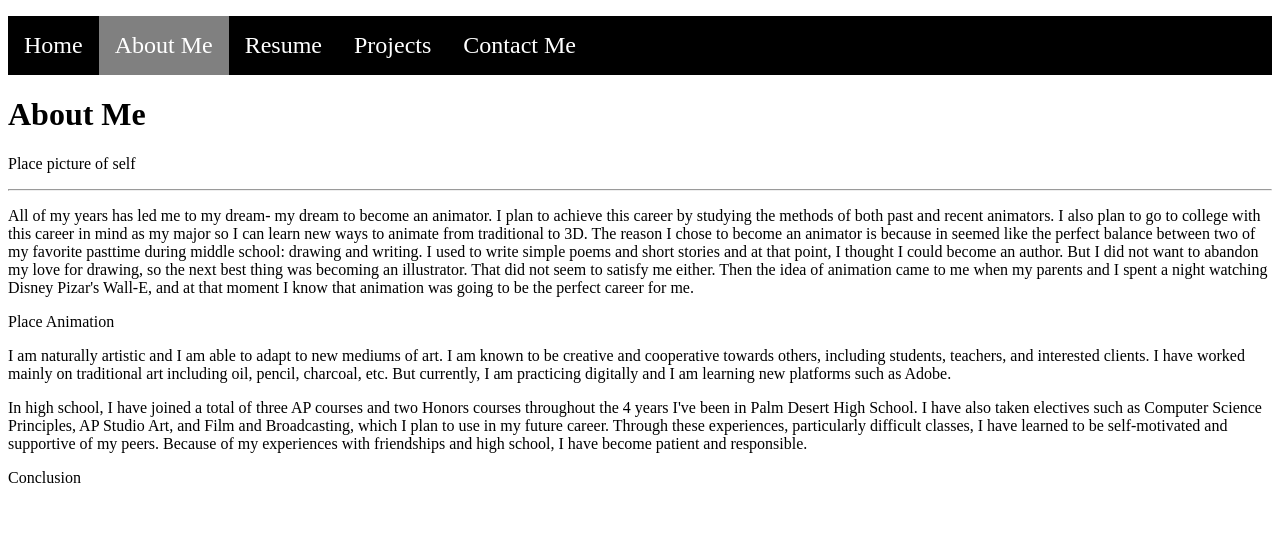
Repository: pflores002/pflores002.github.io
Page: aboutme.html
The author's editor kept a record of every edit. The page is drawn from the files as they stood at one moment, then again after the next edit.
The browser window is 1280 px wide. The pictures show the whole page.

Above is the page before.

After the next edit:
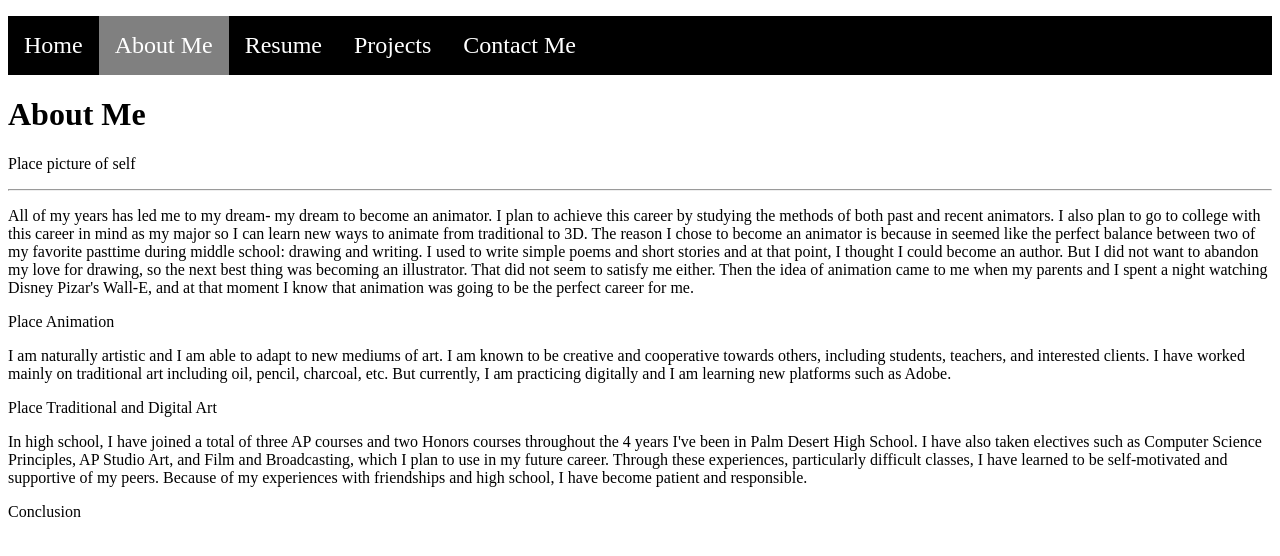
The edit:
--- a/aboutme.html
+++ b/aboutme.html
@@ -41,6 +41,7 @@
         and cooperative towards others, including students, teachers, and interested clients. I have worked mainly
         on traditional art including oil, pencil, charcoal, etc. But currently, I am practicing digitally and I
         am learning new platforms such as Adobe.</p>
+        <p>Place Traditional and Digital Art</p>
 
         <p>In high school, I have joined a total of three AP courses and two Honors courses throughout the 4
         years I've been in Palm Desert High School. I have also taken electives such as Computer Science Principles,
